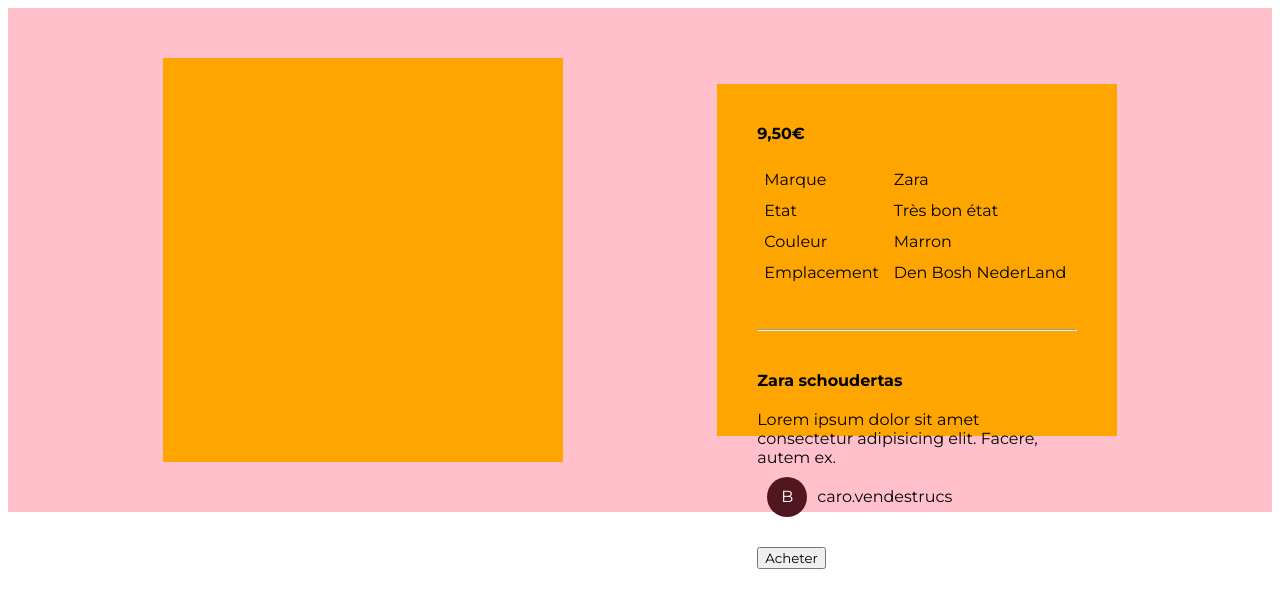
Repository: mel-in-a/vinted-front-clone
Page: html/offer.html
The author's editor kept a copy of each file at every save. The page is drawn from the files as they stood at one save, then again after the next save.
The browser window is 1280 px wide. The pictures show the whole page.

Above is the page before, as saved 2021-07-29 16:52:45.

### html/offer.html
<!DOCTYPE html>
<html lang="en">
  <head>
    <meta charset="UTF-8" />
    <meta http-equiv="X-UA-Compatible" content="IE=edge" />
    <meta name="viewport" content="width=device-width, initial-scale=1.0" />
    <link rel="preconnect" href="https://fonts.googleapis.com" />
    <link rel="preconnect" href="https://fonts.gstatic.com" crossorigin />
    <link
      href="https://fonts.googleapis.com/css2?family=Montserrat:wght@100;200;300;400;500;600;700;800;900&display=swap"
      rel="stylesheet"
    />
    <link rel="stylesheet" href="/offer.css" />
    <title>Document</title>
  </head>
  <body>
    <div class="offer">
      <div class="left"></div>
      <div class="right">
        <div class="price">9,50€</div>

        <table>
          <tr>
            <td>Marque</td>
            <td>Zara</td>
          </tr>
          <tr>
            <td>Etat</td>
            <td>Très bon état</td>
          </tr>
          <tr>
            <td>Couleur</td>
            <td>Marron</td>
          </tr>
          <tr>
            <td>Emplacement</td>
            <td>Den Bosh NederLand</td>
          </tr>
        </table>

        <hr />
        <div class="title">Zara schoudertas</div>
        <div class="description">
          Lorem ipsum dolor sit amet consectetur adipisicing elit. Facere, autem
          ex.
        </div>
        <div class="horizontal">
          <div class="avatar">B</div>
          <div class="username">caro.vendestrucs</div>
        </div>

        <button class="btn-buy">Acheter</button>
      </div>
    </div>
  </body>
</html>

### html/offer.css
* {
  font-family: "Montserrat", sans-serif;
}
.offer {
  width: 100%;
  display: flex;
  background-color: pink;
  height: 70vh;
  justify-content: space-evenly;
  align-items: center;
  flex-shrink: 0;
}

.offer .left,
.offer .right {
  width: 400px;
  background-color: orange;
}
.offer .left {
  height: 80%;
}
.offer .right {
  height: 70%;
  padding: 40px;
  box-sizing: border-box;
}

.offer .horizontal {
  display: flex;
  flex-direction: row;
  /* justify-content: space-between; */
  align-items: center;
}

.offer table {
  width: 100%;
}

.offer td {
  padding: 5px;
}
.offer hr {
  margin: 40px 0;
}

.offer .title {
  font-weight: 700;
  margin-bottom: 20px;
}

.offer .price {
  font-weight: 700;
  margin-bottom: 20px;
}

.offer .avatar {
  width: 40px;
  height: 40px;
  border-radius: 50%;
  margin: 10px;
  background-color: rgb(82, 22, 32);
  text-align: center;

  color: white;
  vertical-align: middle;
  line-height: 40px;
}

.offer .btn-buy {
    margin-top: 20px;
}

After the next save:
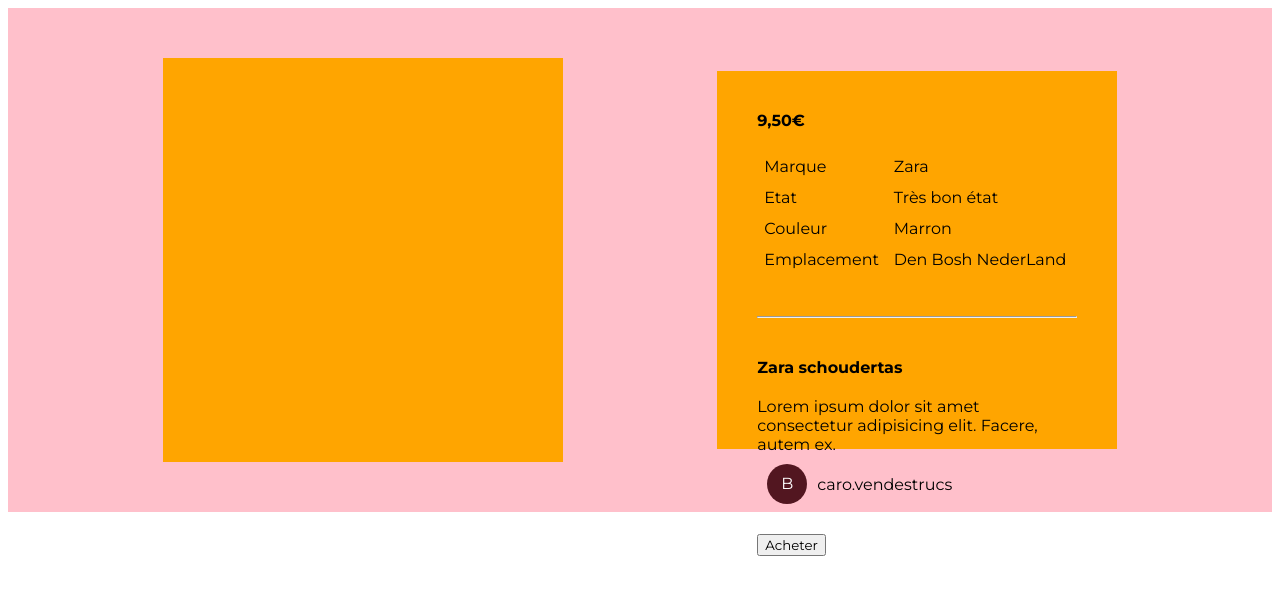
Saved 11 s later.
--- a/html/offer.css
+++ b/html/offer.css
@@ -20,7 +20,7 @@
   height: 80%;
 }
 .offer .right {
-  height: 70%;
+  height: 75%;
   padding: 40px;
   box-sizing: border-box;
 }
